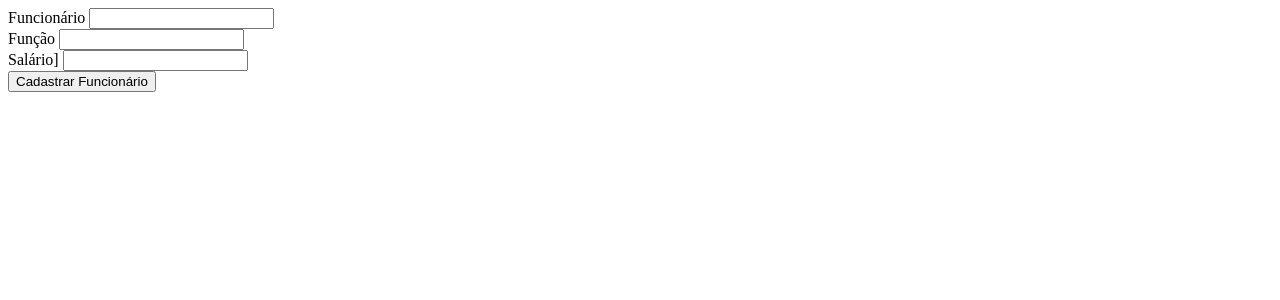
Repository: patriciatob10/AulaJavaPaty
Page: JavaWeb/empresa/empresa/src/main/webapp/frmCadColaborador.html
The author's editor kept a copy of each file at every save. The page is drawn from the files as they stood at one save, then again after the next save.
The browser window is 1280 px wide. The pictures show the whole page.

Above is the page before, as saved 2023-05-16 23:16:20.

After the next save:
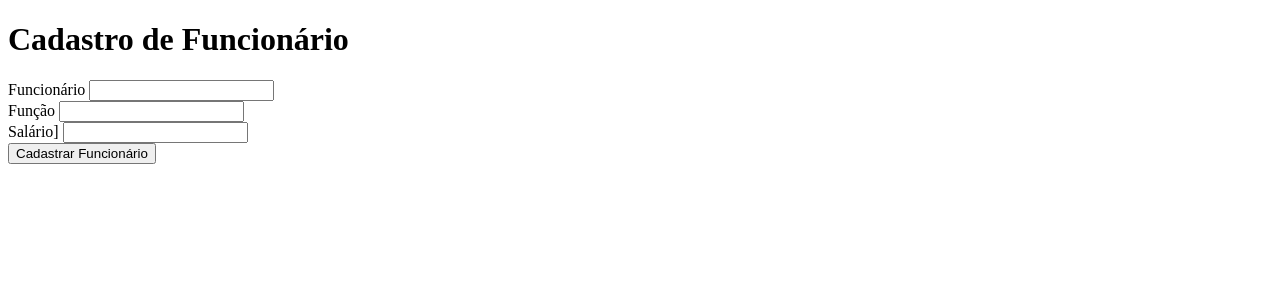
Saved 43 s later.
--- a/JavaWeb/empresa/empresa/src/main/webapp/frmCadColaborador.html
+++ b/JavaWeb/empresa/empresa/src/main/webapp/frmCadColaborador.html
@@ -5,6 +5,7 @@
 <title>Insert title here</title>
 </head>
 <body>
+<h1>Cadastro de Funcionário</h1>
 <form action=" ">
 	Funcionário <input type="text" name="func"><br>
 	Função <input type="text" name="funcao"><br>
